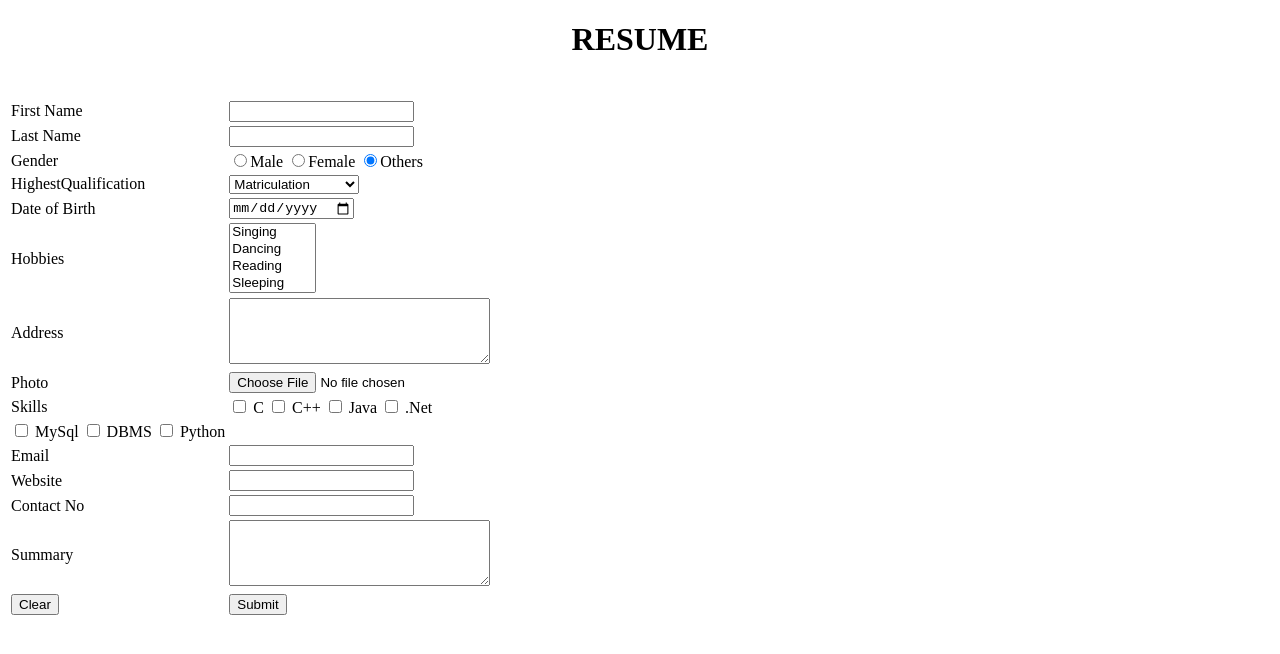
Repository: Rccalfa123/JEE
Page: MyFirstServlet/WebContent/Resume.html
These files come from the project's save history. The page is drawn as it stood at one moment and after the next save; the edit follows.
The browser window is 1280 px wide. The pictures show the whole page.

Above is the page before, as saved 2018-08-07 08:55:54.

### MyFirstServlet/WebContent/Resume.html
<!DOCTYPE html>
<html>
<head>
<meta charset="ISO-8859-1">
<title>Resume</title>
</head>
<body>
   <form action="ms1.java" method="get">
   <h1 align="center"> RESUME </h1><br>
  <table>
   <tr><td>First Name </td><td><input type="text" name="fname"><br></td></tr>

   <tr><td>Last Name</td> <td> <input type="text" name="lname"><br></td></tr>

   <tr><td>Gender</td> <td><input type="radio" name = "gender" value="male" checked="checked">Male
   		  <input type="radio" name = "gender" value="female" checked="checked">Female
   		  <input type="radio" name = "gender" value="others" checked="checked">Others<br></td></tr>

   <tr><td>HighestQualification</td> <td><select name = "Qualification">
            <option value="matriculation">Matriculation</option>
            <option value="intermediate">Intermediate</option>
            <option value="bachaolor_degree">Bachaelor Degree</option>
            <option value="masters">Masters</option>
   			</select></td></tr>

   <tr><td>Date of Birth</td><td> <input type="date" name="dob"><br></td></tr>

   <tr><td>Hobbies</td> <td><select multiple  name = "hobbies">
            <option value="singing">Singing</option>
            <option value="dancing">Dancing</option>
            <option value="reading">Reading</option>
            <option value="sleeping">Sleeping</option>
            <option value="eating">Eating</option>
            <option value="video_games">Video Games</option>
   			</select><br></td></tr>

   <tr><td>Address</td><td> <textarea name="address"   rows="4" cols="30"></textarea><br></td></tr>

   <tr><td>Photo</td><td><input type="file"  name="photo"><br></td></tr>


   <tr><td>Skills </td>   <td><input type="checkbox" name="skills" value="c"> C
   			 <input type="checkbox" name="skills" value="c++"> C++
   			 <input type="checkbox" name="skills" value="java"> Java
  			 <input type="checkbox" name="skills" value=".net"> .Net </td>
  			 <tr><td><input type="checkbox" name="skills" value="mysql"> MySql
   			 <input type="checkbox" name="skills" value="dbms"> DBMS
   			 <input type="checkbox" name="skills" value="python"> Python<br></td></tr>

  <tr><td>Email</td> <td>   <input type="email"  name="email"> <br></td></tr>

  <tr><td>Website</td> <td> <input type="url" name="website"><br></td></tr>

  <tr><td>Contact No</td> <td><input type="text" name="contact_no"> <br></td></tr>

  <tr><td>Summary </td><td> <textarea name="summary"   rows="4" cols="30"></textarea><br></td></tr>

  <tr> <td><input type="reset" value="Clear"></td><td> <input type="submit" value="Submit"> </td></tr>
  </table>
 </form>


</body>
</html>

After the next save:
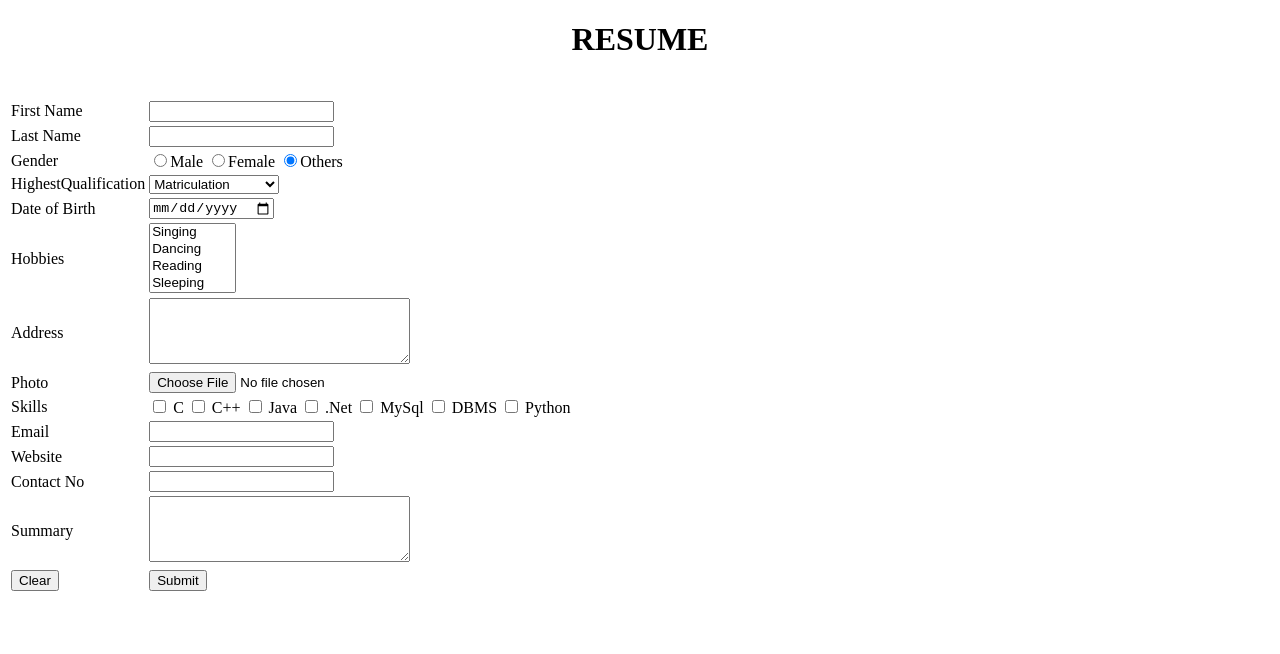
Saved 46 s later.
--- a/MyFirstServlet/WebContent/Resume.html
+++ b/MyFirstServlet/WebContent/Resume.html
@@ -42,8 +42,8 @@
    <tr><td>Skills </td>   <td><input type="checkbox" name="skills" value="c"> C
    			 <input type="checkbox" name="skills" value="c++"> C++
    			 <input type="checkbox" name="skills" value="java"> Java
-  			 <input type="checkbox" name="skills" value=".net"> .Net </td>
-  			 <tr><td><input type="checkbox" name="skills" value="mysql"> MySql
+  			 <input type="checkbox" name="skills" value=".net"> .Net
+  			 <input type="checkbox" name="skills" value="mysql"> MySql
    			 <input type="checkbox" name="skills" value="dbms"> DBMS
    			 <input type="checkbox" name="skills" value="python"> Python<br></td></tr>
 
